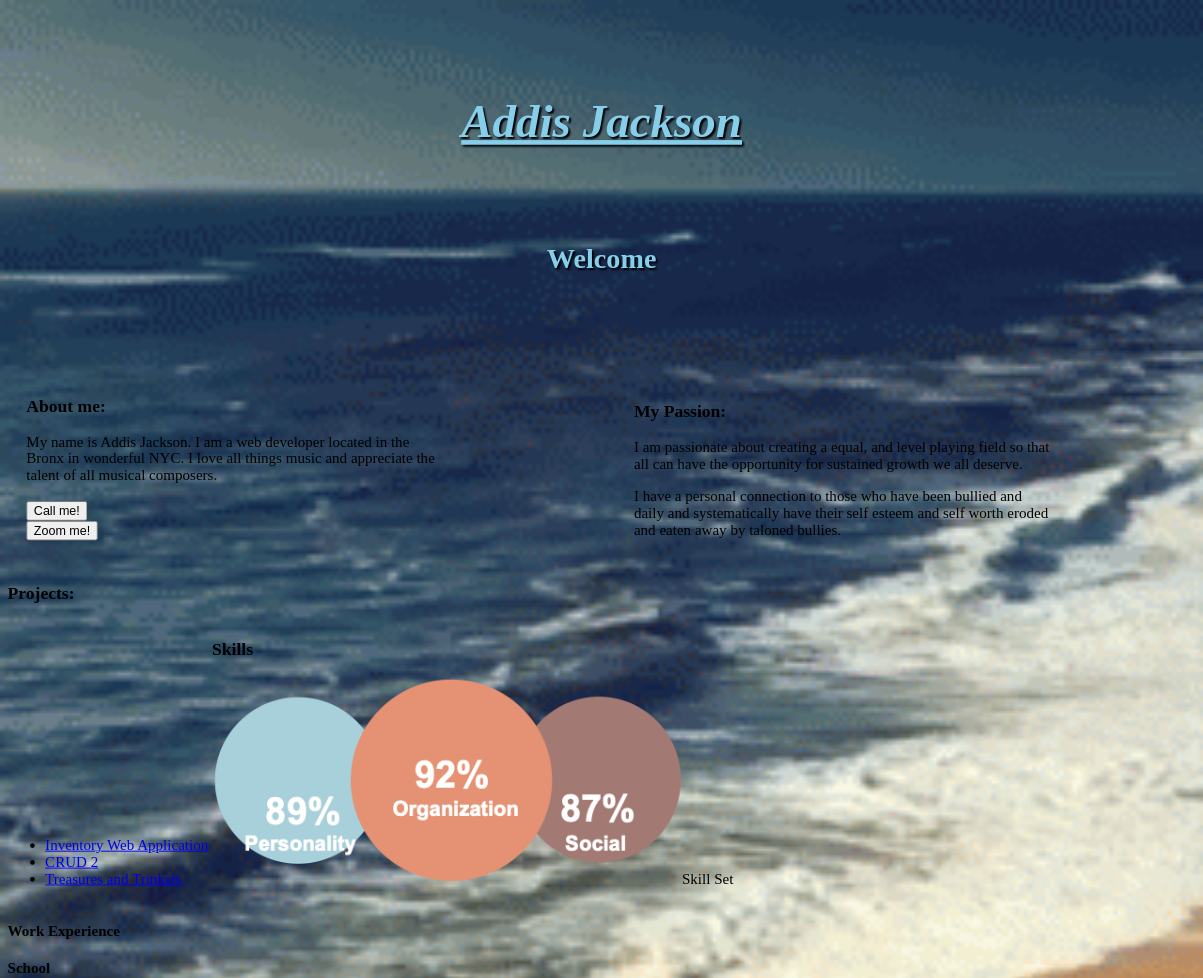
Repository: 10-2-pursuit/lab-design-assets
Page: index.html
These files come from the project's save history. The page is drawn as it stood at one moment and after the next save; the edit follows.
The browser window is 1280 px wide. The pictures show the part of the page from y = 0 to 1040 px (the page is 1988 px tall before and 2026 px after), at 94% of full size.
A picture or video elsewhere on the page could not be fetched, so the positions and the page height are approximate.

Above is the page before, as saved 2023-07-16 05:46:46.

After the next save:
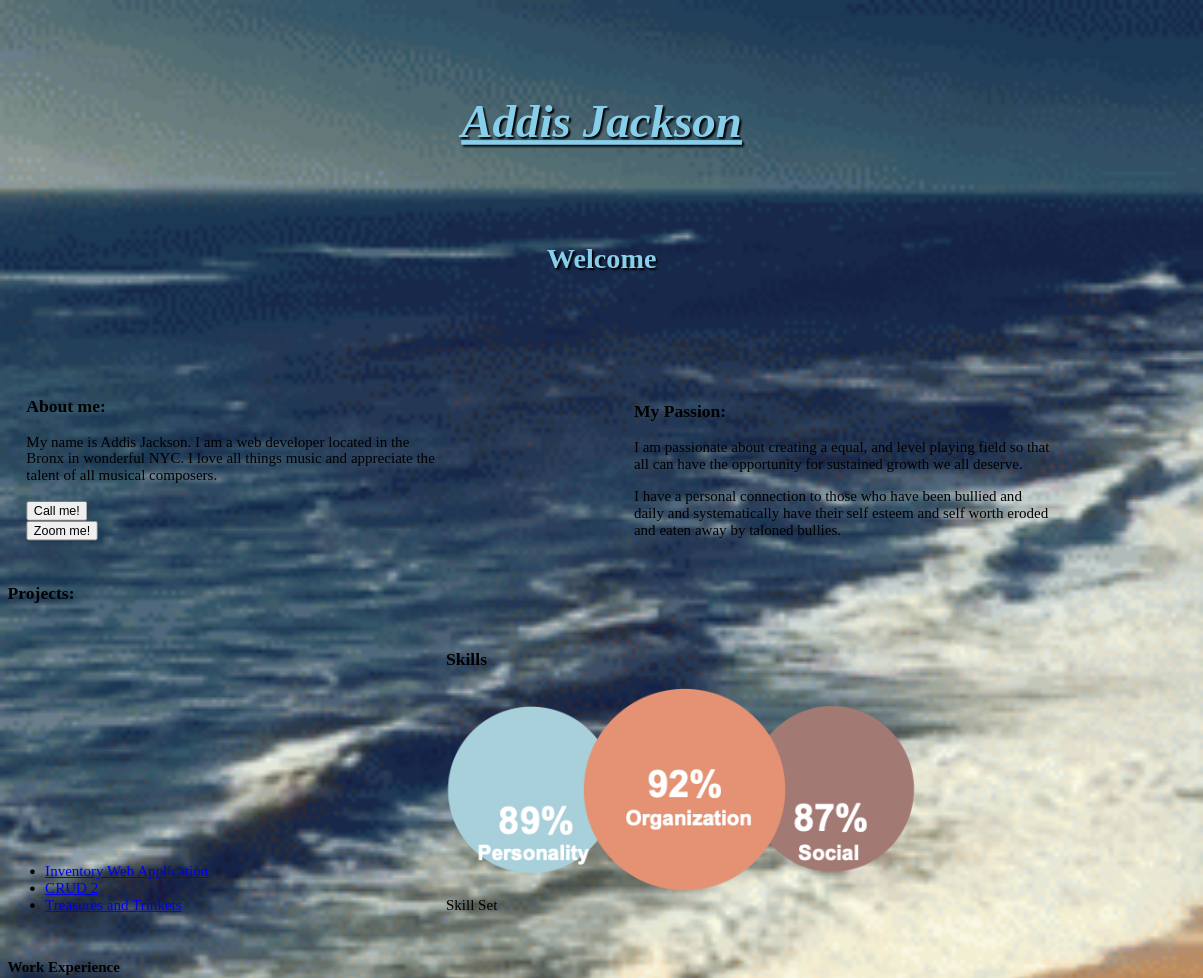
Saved 2 min 38 s later.
--- a/style.css
+++ b/style.css
@@ -60,3 +60,19 @@ article {
 article .projects .skills {
     display: inline-block;
 }
+
+.projects  {
+    text-align: left;
+    margin-top: 10px;
+    margin-bottom: 10px;
+    margin-right: 20px;
+    width: 35%;
+}
+
+.skills {
+    text-align: left;
+    margin-top: 10px;
+    margin-bottom: 10px;
+    margin-right: 20px;
+    width: 35%;
+}
